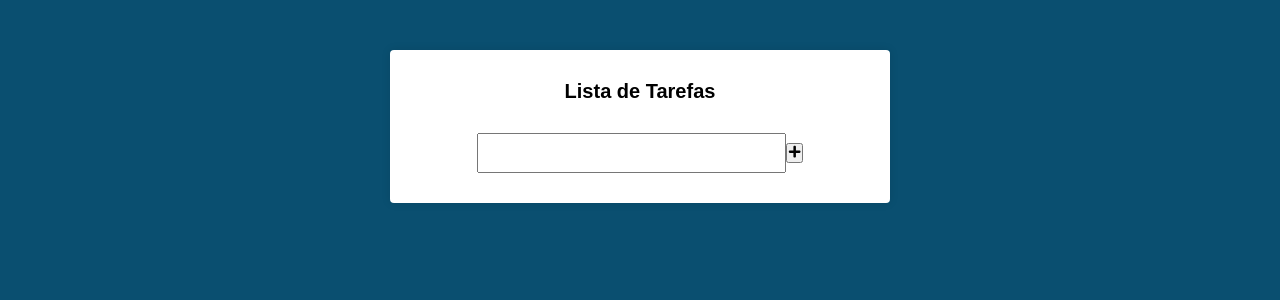
Repository: FellipeMiguel/lista-de-tarefas
Page: /
The author's editor kept a copy of each file at every save. The page is drawn from the files as they stood at one save, then again after the next save.
The browser window is 1280 px wide. The pictures show the whole page.
The project was rebuilt for these pictures with package versions that can differ from the ones it lists, and the page was loaded fresh each time.

Above is the page before, as saved 2023-06-14 23:29:59.

### src/index.js
import React from "react"
import ReactDOM from "react-dom/client"

import App from "./App"

const root = ReactDOM.createRoot(document.getElementById("root"))
root.render(
  <React.StrictMode>
    <App />
  </React.StrictMode>,
)

### src/App.js
import Main from './components/Main'
import './App.css'

function App() {
  return <Main />
}

export default App

### src/components/Main.js
import React, { Component } from 'react'

// Form
import { FaPlus } from 'react-icons/fa'

import './Main.css'

export default class Main extends Component {
  state = {
    newTask: '',
  }

  handleChange = (e) => {
    this.setState({ newTask: e.target.value })
  }

  render() {
    // const { newTask } = this.state

    return (
      <div className="main">
        <h1>Lista de Tarefas</h1>

        <form action="#" className="form">
          <input onChange={this.handleChange} type="text" />
          <button type="submit">
            <FaPlus />
          </button>
        </form>
      </div>
    )
  }
}

### src/components/Main.css
.main {
  background: #fff;
  padding: 30px;
  margin: 50px auto;
  max-width: 500px;
  border-radius: 4px;
  box-shadow: 0 0 10px rgba(0, 0, 0, 0.1);
}

.main h1 {
  font-size: 20px;
  text-align: center;
}

.form {
  margin-top: 30px;
  display: flex;
  align-items: center;
  justify-content: center;
}

.form input[type="text"] {
  height: 40px;
  padding: 0 20px;
  font-size: 20px;
}

Loaded but not shown: public/index.html (common file); src/App.css (common file)

After the next save:
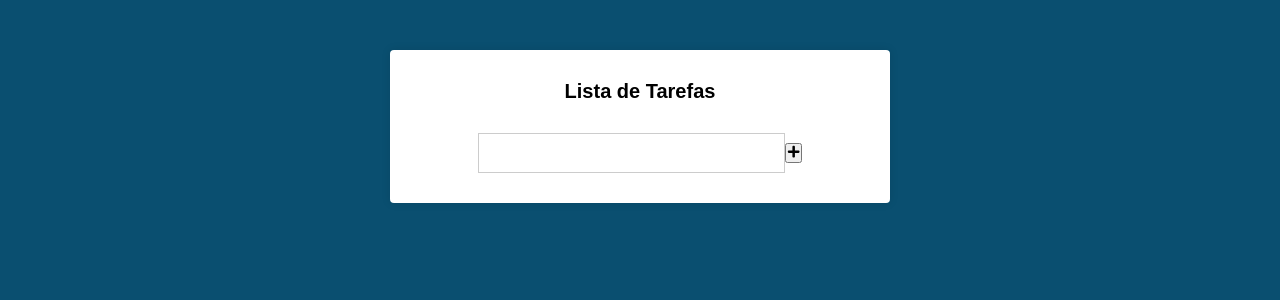
Saved 15 s later.
--- a/src/components/Main.css
+++ b/src/components/Main.css
@@ -23,4 +23,5 @@
   height: 40px;
   padding: 0 20px;
   font-size: 20px;
+  border: 1px solid #ccc;
 }
